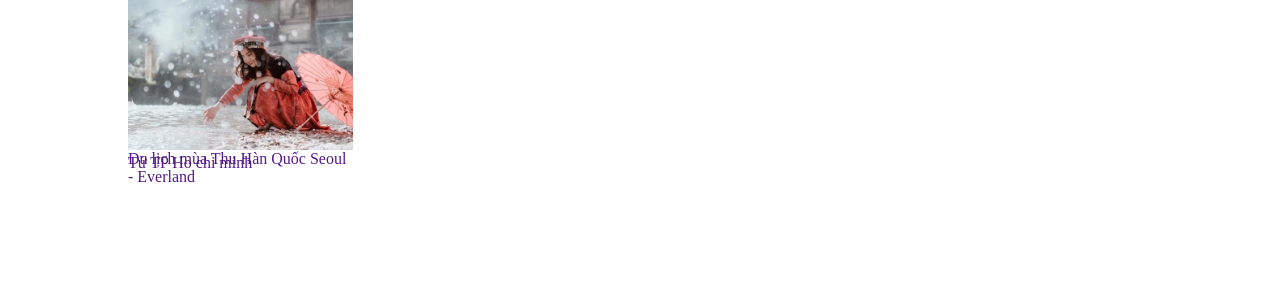
Repository: hoang71299/fe_26
Page: buoi 6/2.html
These files come from the project's save history. The page is drawn as it stood at one moment and after the next save; the edit follows.
The browser window is 1280 px wide. The pictures show the whole page.

Above is the page before, as saved 2022-08-30 16:11:19.

### buoi 6/2.html
<!DOCTYPE html>
<html lang="en">
<head>
    <meta charset="UTF-8">
    <meta http-equiv="X-UA-Compatible" content="IE=edge">
    <meta name="viewport" content="width=device-width, initial-scale=1.0">
    <title>Document</title>
    <link rel="stylesheet" href="./2.css">
</head>
<body>
    <div class="product">
        <div class="box">
            <a href="" class="top">
                <div class="content">
                    <img src="./image/dubai.jdg.jpg" alt="" class="hinhsp">
                    <div class="bg"></div>
                    <div class="text">
                        Du lịch mùa Thu Hàn Quốc Seoul - Everland - Đảo Nami - Tháp Namsan từ Sài Gòn 2022. Hàn Quốc là một đất nước mang đậm màu sắc của văn hóa phương Đông
                    </div>
                    <div class="diadiem">
                        Tứ TP Ho chi minh
                    </div>
                </div>
                <div class="tieude">
                    Du lịch mùa Thu Hàn Quốc Seoul - Everland
                </div>
            </a>
            <div class="bottom"></div>
        </div>
    </div>
</body>
</html>

### buoi 6/2.css
*{
    margin: 0;
    padding: 0;
    text-decoration: none;
}
html,body{
    width: 100%;
    height: 100%;
}
.product{
    width: 80%;
    height: auto;
    margin: auto;
}
.box{
    width: 22%;
    height: auto;
}
.top{
    width: 100%;
    display: inline-block;
    text-decoration: none;
}
.top .content{
    width: 100%;
    height: 150px;
    position: relative;
}
.top .content .hinhsp{
    width: 100%;
    height: 100%;
    object-fit: cover;
}
.bg{
    width: 100%;
    height: 100%;
    background-color: rgba(0, 0, 0, 0.269);
    position: absolute;
    top: 0;
    opacity: 0;
}
.content:hover .bg{
    opacity: 1;
    transition: 0.3s linear;
}
.text{
    color: white;
    position: absolute;
    top: 0px;
    padding: 10px;
    opacity: 0;
}
.content:hover .text{
    opacity: 1;
    transition: 0.3s ease-in;
}

After the next save:
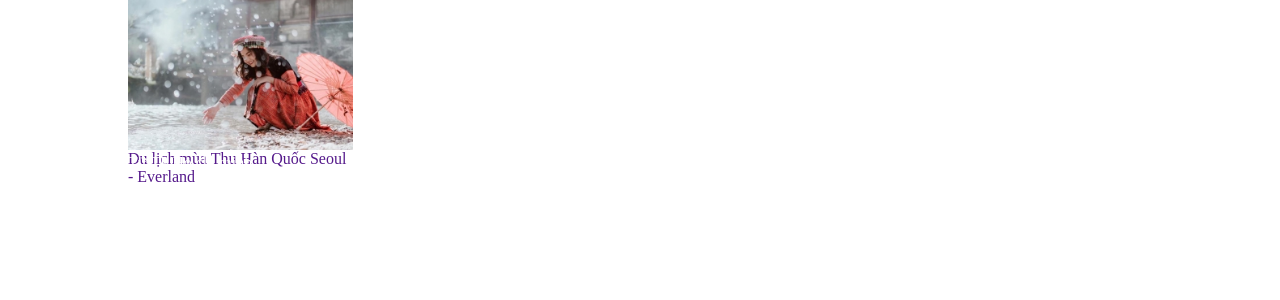
Saved 29 s later.
--- a/buoi 6/2.css
+++ b/buoi 6/2.css
@@ -54,3 +54,6 @@ html,body{
     opacity: 1;
     transition: 0.3s ease-in;
 }
+.diadiem{
+   color: white;
+}
